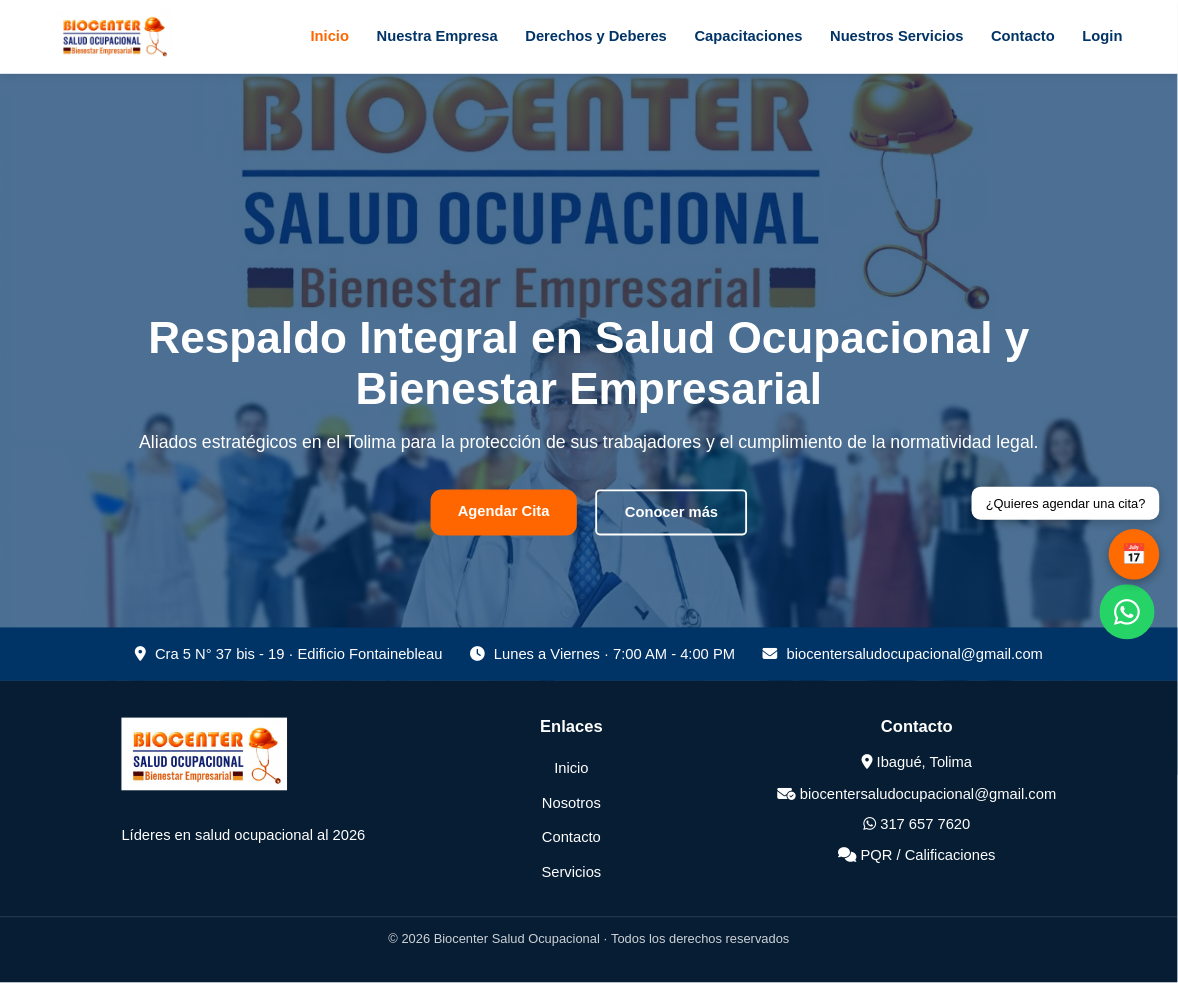
Repository: Miguelperdomo/Biocenter
Page: index.html
These files come from the project's save history. The page is drawn as it stood at one moment and after the next save; the edit follows.
The browser window is 1280 px wide. The pictures show the whole page, at 92% of full size.

Above is the page before, as saved 2026-02-17 09:21:56.

After the next save:
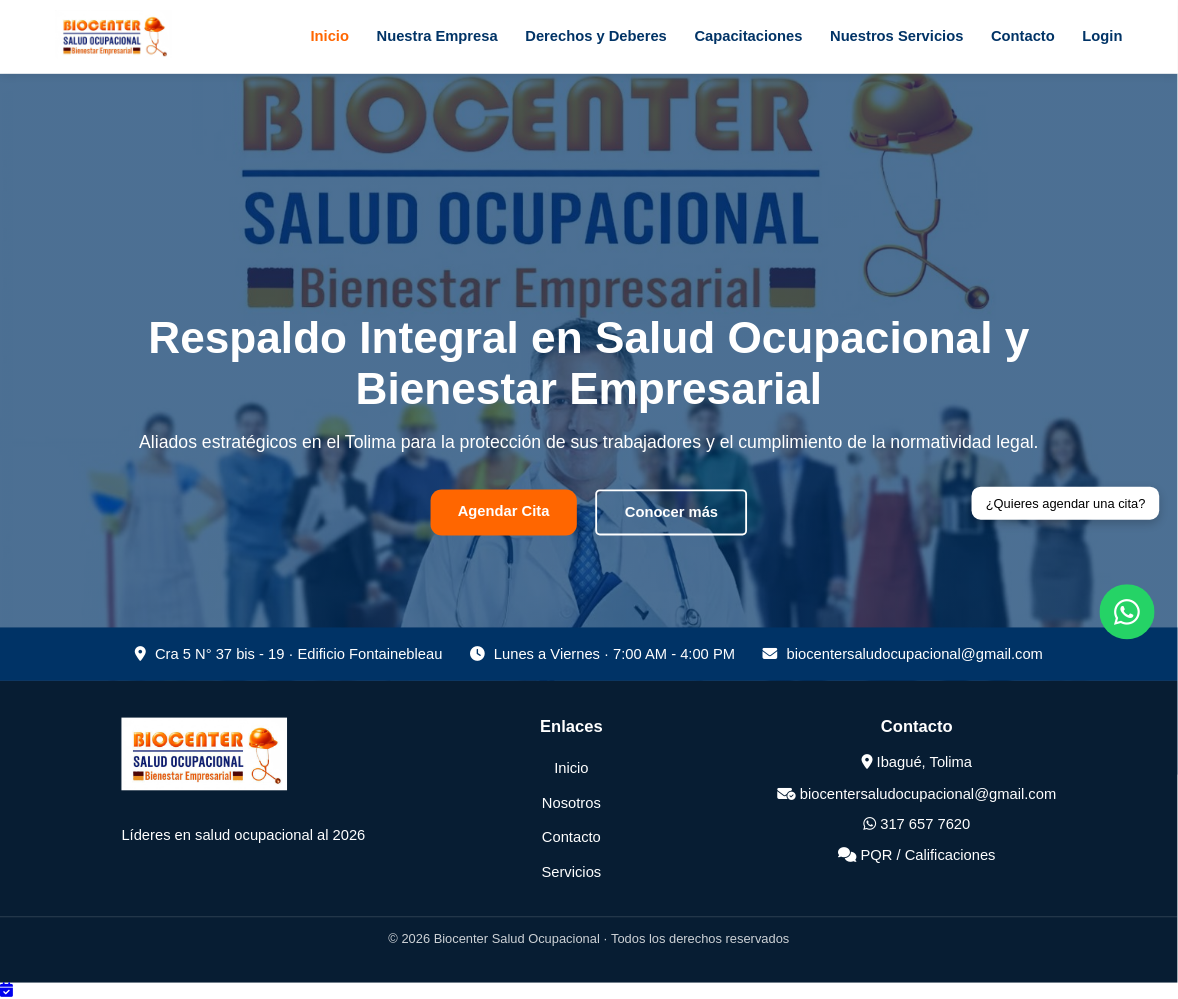
Saved 2 min 12 s later.
--- a/index.html
+++ b/index.html
@@ -205,14 +205,18 @@
 </a>
 
 <!-- Botón flotante de agendar cita -->
-<a href="formulario.html" class="btn-cita-flotante" id="btnCita">
-    📅
-</a>
-
-<!-- Mensaje emergente -->
-<div class="mensaje-cita" id="mensajeCita">
-    ¿Quieres agendar una cita?
+<div class="contenedor-cita">
+
+    <div class="mensaje-cita" id="mensajeCita">
+        ¿Quieres agendar una cita?
+    </div>
+
+    <a href="formulario.html" class="btn-cita">
+        <i class="fa-solid fa-calendar-check"></i>
+    </a>
+
 </div>
+
 
 <!-- ================= FIN ================= -->
 
